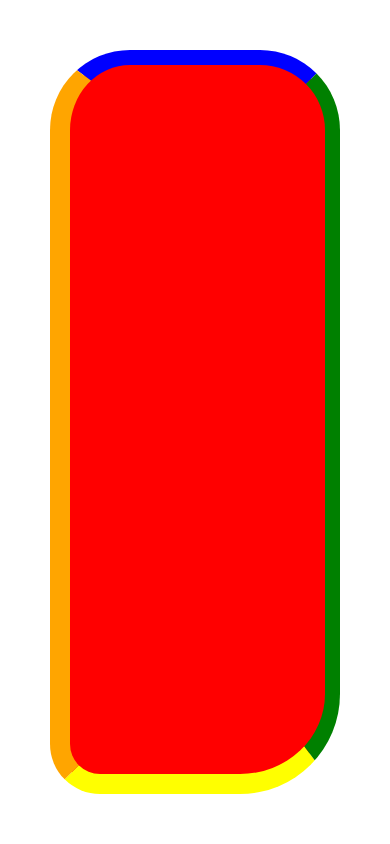
Repository: akinmiday/ReactNativeApp
Screen: /
The author's editor kept a copy of each file at every save. The screen is drawn from the files as they stood at one save, then again after a run of saves.
The app was drawn by React Native's web renderer in a window 390 px wide. The project was rebuilt for these pictures with package versions that can differ from the ones it lists, and the page was loaded fresh each time.

Above is the screen before, as saved 2023-08-06 16:11:11.

After the next 2 saves:
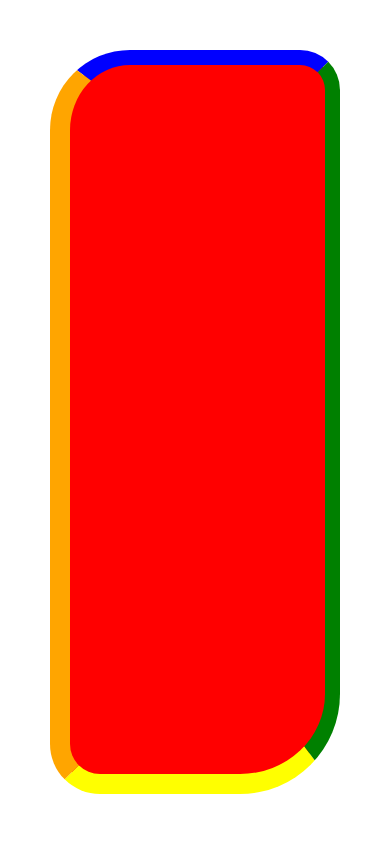
The 2 saves are shown as one change because they came seconds apart.
The last was saved 10 s later.
--- a/styles.js
+++ b/styles.js
@@ -17,7 +17,7 @@ const styles = StyleSheet.create({
     borderBottomLeftRadius: 50,
     borderBottomRightRadius: 100,
     borderTopLeftRadius: 80,
-    borderTopRightRadius: 80,
+    borderTopRightRadius: 40,
   },
   input: {
     backgroundColor: "pink",
